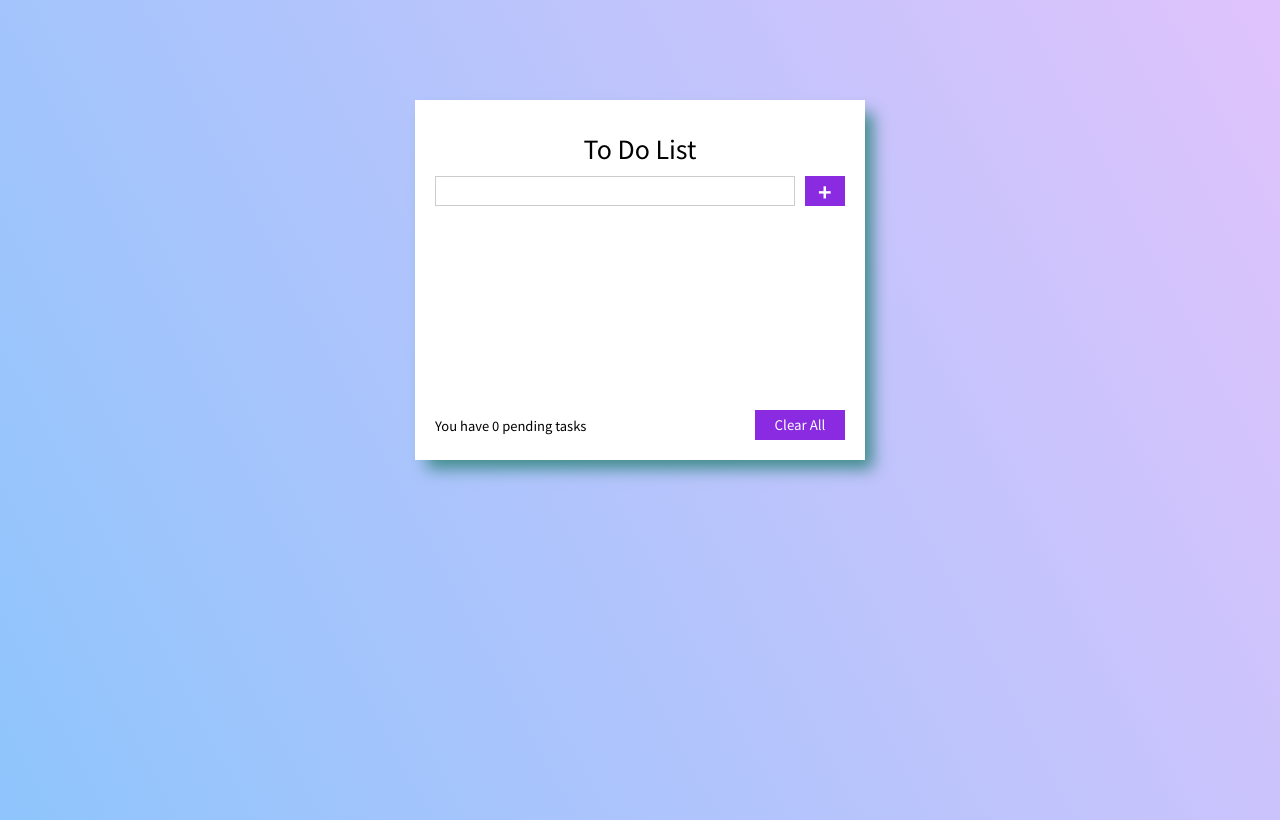
Repository: yangddoddi/Todo
Page: index.html
An editor plug-in stored every save of this project. The page is shown before and after the next save, followed by the edit.
The browser window is 1280 px wide. The pictures show the whole page.
Some web fonts or font styles are not loaded; a fallback is used. Some web libraries are served in a nearby version. The style sheet was rebuilt from its Sass, Less or Tailwind sources for each picture, by a compiler version that may differ from the author's.

Above is the page before, as saved 2022-04-22 17:06:45.
Console error: ReferenceError: handleInput is not defined

After the next save:
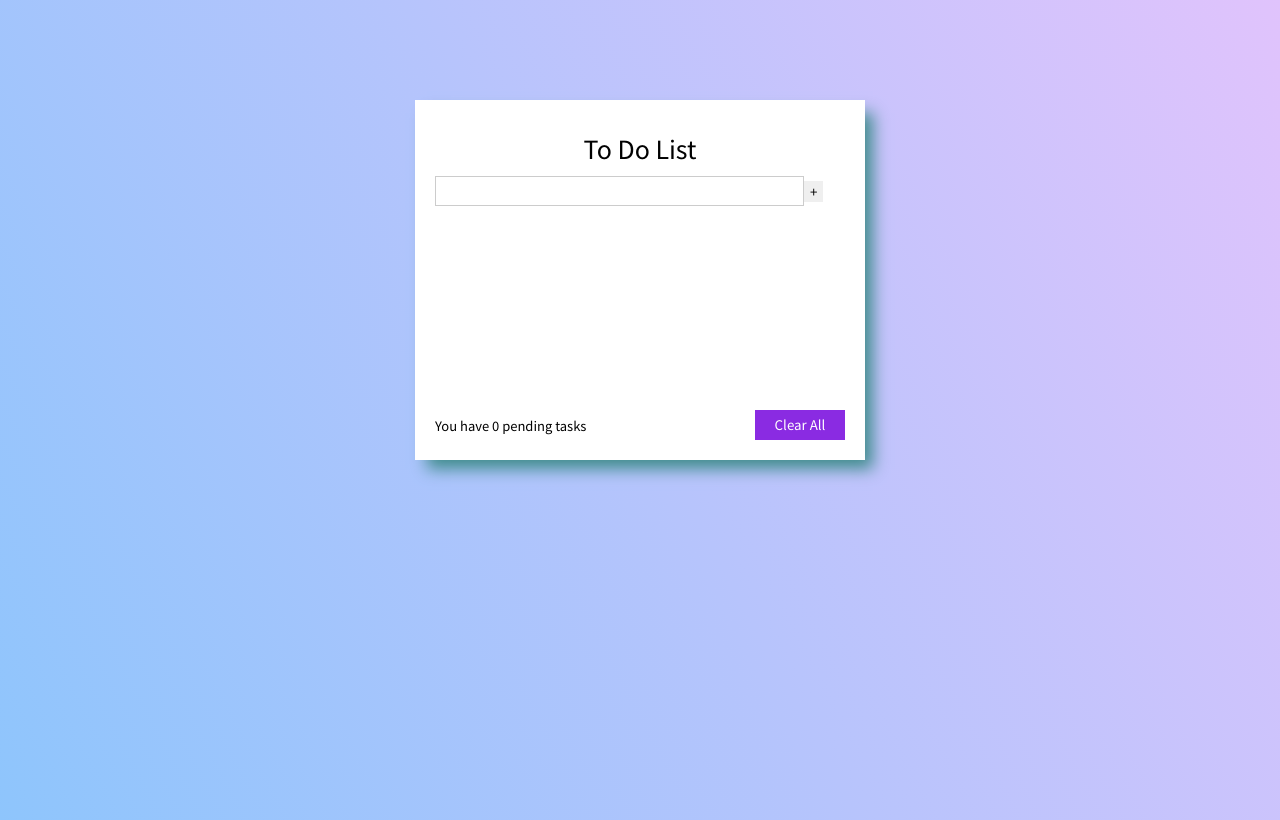
Saved 46 s later.
--- a/index.html
+++ b/index.html
@@ -20,7 +20,7 @@
         <header class="todoList__title"><span>To Do List</span></header>
         <form class="inputForm">
             <input type="text" name="textbox" id="todoInput">
-            <button class="input__icon" type="submit"> + </button>
+            <button class="input__btn" type="submit"> + </button>
             <input type="text" name="emptyBox" id="" style="display:none">
         </form>
         <div class="todoList__main">
